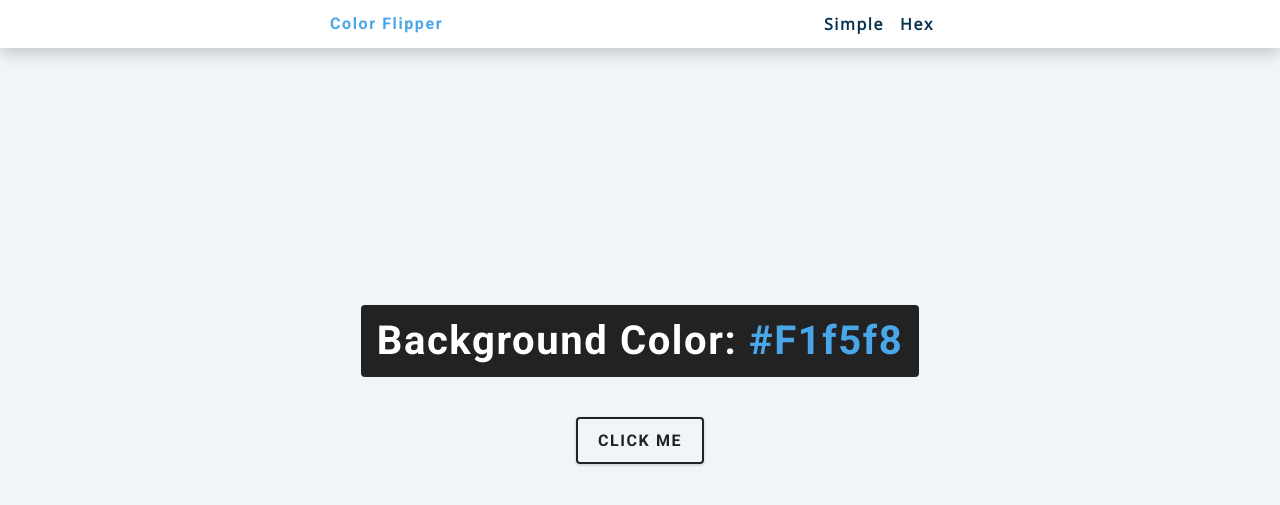
Repository: smit1298/color-changer
Page: index.html
The author's editor kept a copy of each file at every save. The page is drawn from the files as they stood at one save, then again after a run of saves.
The browser window is 1280 px wide. The pictures show the whole page.
After loading, the first visible `#btn` was clicked once.

Above is the page before, as saved 2022-05-02 10:36:27.

After the next 8 saves:
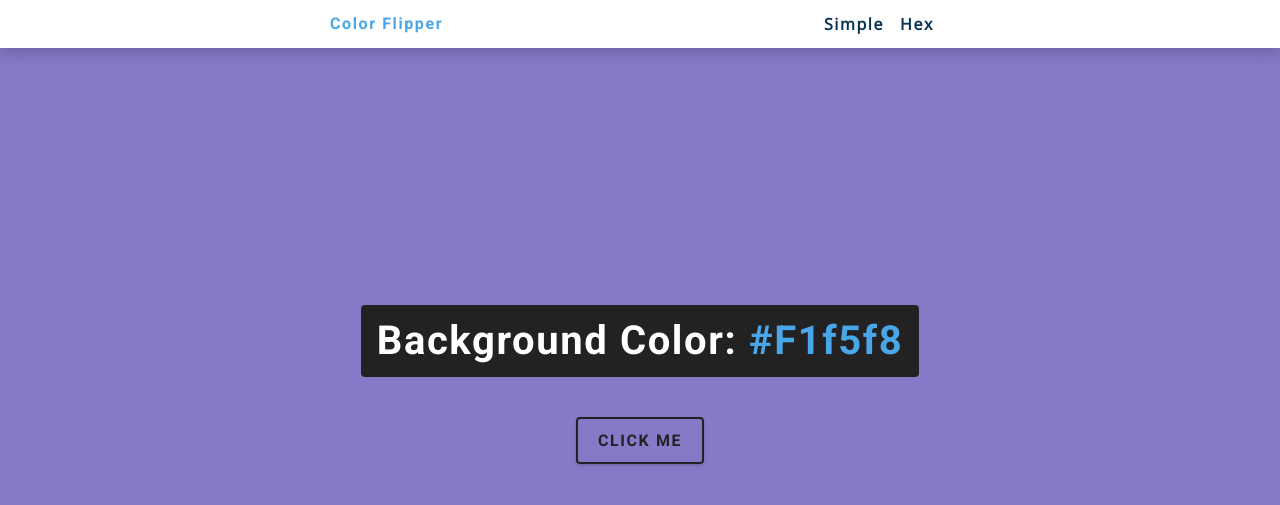
The 8 saves are shown as one change because they came seconds apart.
The last was saved 20 s later.
--- a/app.js
+++ b/app.js
@@ -6,5 +6,5 @@ const color = document.querySelector(".color");
 btn.addEventListener("click", function () {
 // get randon number between 0 - 3 colors[3]
     const randomNumbrer = 2;
-    document.body.style.b
+    document.body.style.backgroundColor = colors[randomNumbrer]
 });
